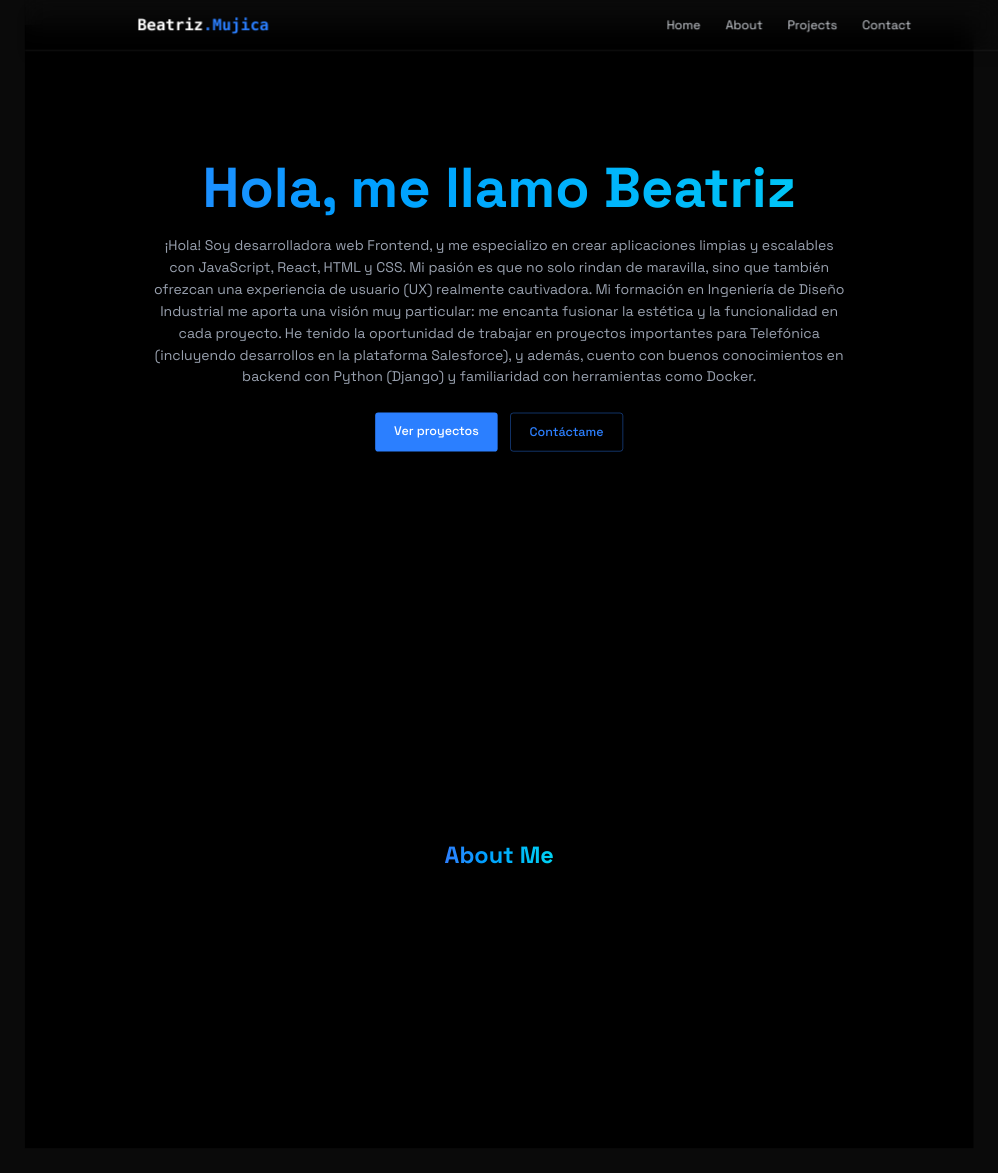
Repository: Bea0224/beatriz-portfolio
Page: /
An editor plug-in stored every save of this project. The page is shown before and after a run of saves, followed by the edit.
The browser window is 1280 px wide. The pictures show the whole page, at 78% of full size.
The project was rebuilt for these pictures with package versions that can differ from the ones it lists, and the page was loaded fresh each time. Also part of the build but not shown: vite.config.js.

Above is the page before, as saved 2025-12-06 20:51:29.

After the next 2 saves:
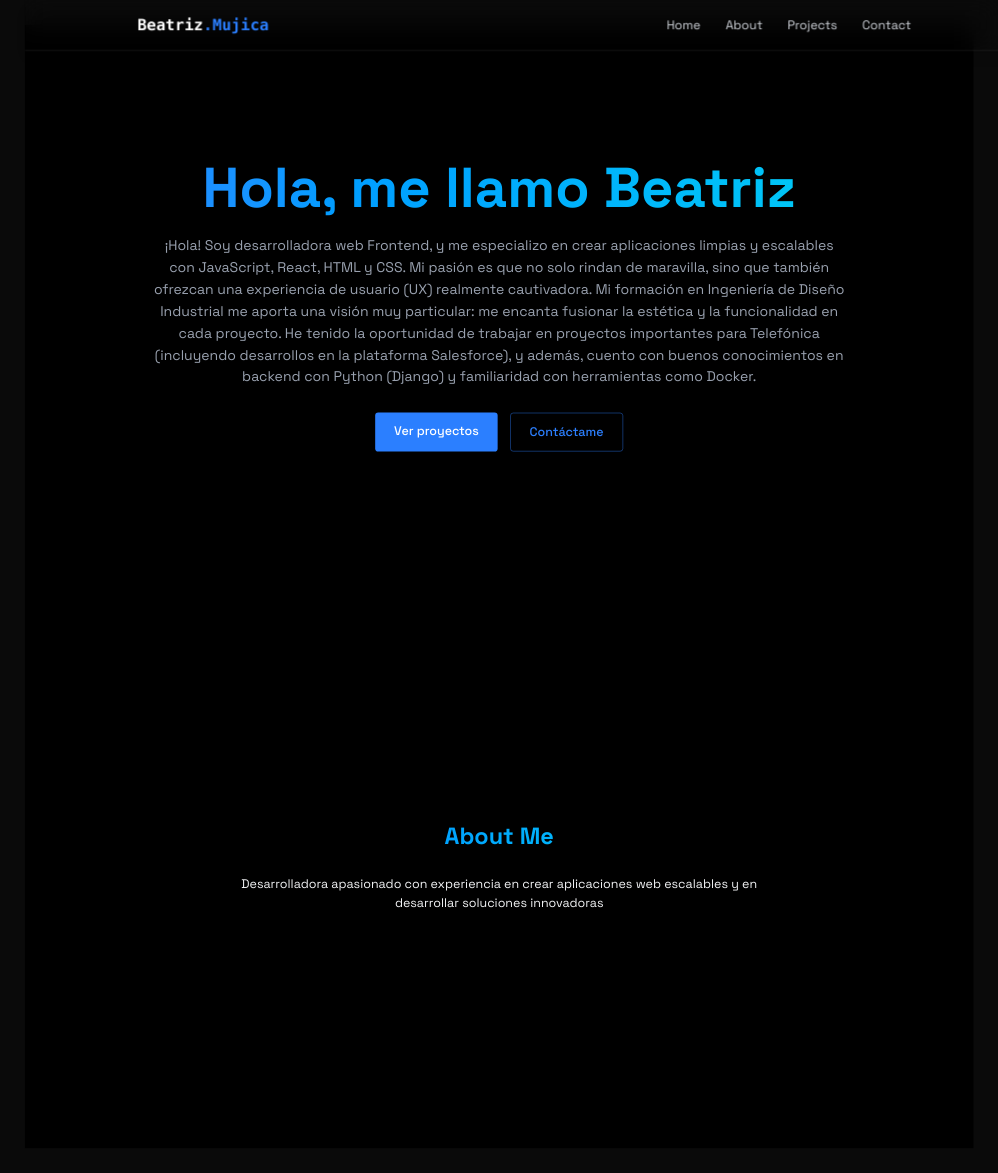
The 2 saves are shown as one change because they came seconds apart.
The last was saved 2 min 15 s later.
--- a/src/components/sections/About.jsx
+++ b/src/components/sections/About.jsx
@@ -11,7 +11,7 @@ export const About = () => {
                 </h2>
                 <div>
                     <p>
-
+                        Desarrolladora apasionado con experiencia en crear aplicaciones web escalables y en desarrollar soluciones innovadoras
                     </p>
                 </div>
             </div>
